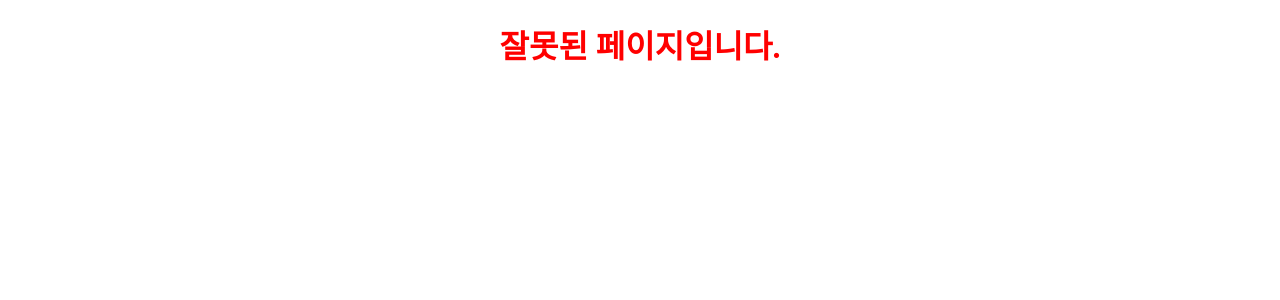
Repository: BrianH29/BH_webserver_workspace1
Page: http://localhost/2_JSP/views/error500.jsp
These files come from the project's save history. The page is drawn as it stood at one moment and after the next save; the edit follows.
The browser window is 1280 px wide. The pictures show the whole page.
The page is served by Tomcat 9.

Above is the page before, as saved 2020-08-31 02:39:48.

After the next save:
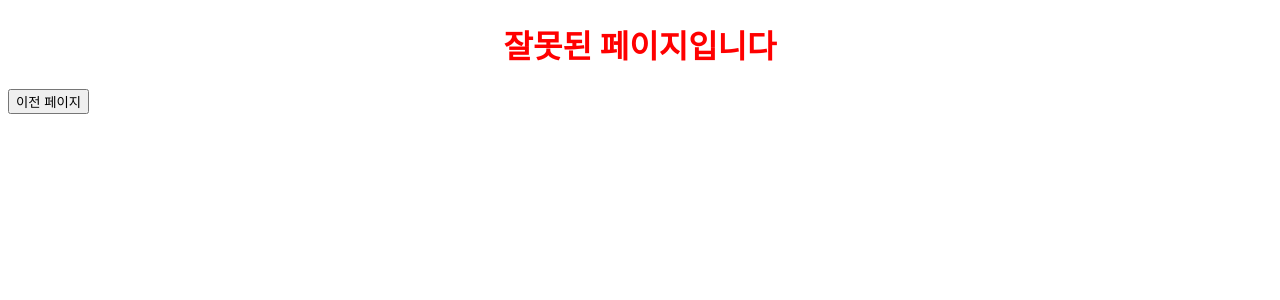
Saved 113 s later.
--- a/webserver_workspace1/2_JSP/WebContent/views/error500.jsp
+++ b/webserver_workspace1/2_JSP/WebContent/views/error500.jsp
@@ -8,7 +8,9 @@
 </head>
 <body>
 
-	<h1 align="center" style="color:red">잘못된 페이지입니다.</h1>
+	<h1 align="center" style="color:red">잘못된 페이지입니다</h1>
+
+	<button onclick="history">이전 페이지</button>
 
 </body>
 </html>
